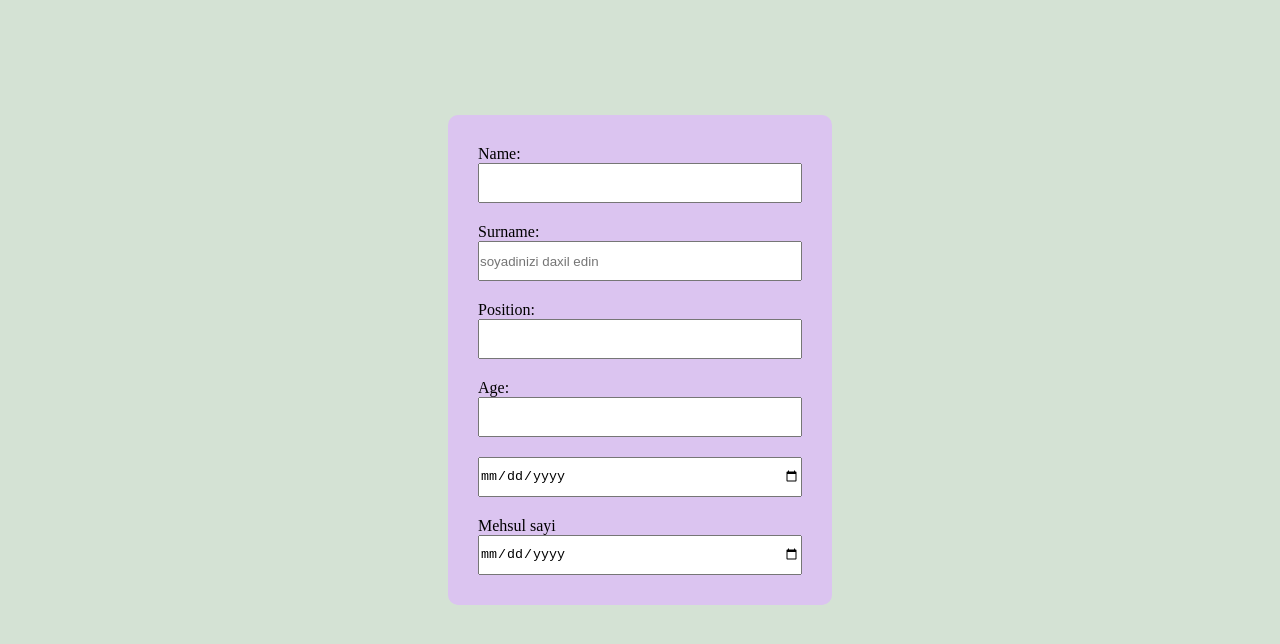
Repository: AytacSafarova/Form-lesson
Page: index.html
An editor plug-in stored every save of this project. The page is shown before and after the next save, followed by the edit.
The browser window is 1280 px wide. The pictures show the whole page.

Above is the page before, as saved 2023-08-29 14:39:08.

### index.html
<!DOCTYPE html>
<html lang="en">
<head>
    <meta charset="UTF-8">
    <meta name="viewport" content="width=device-width, initial-scale=1.0">
    <title>Document</title>
    <link rel="stylesheet" href="./index.css">
</head>
<body>
    <div>
        <form action="https://randomuser.me/api/">
            <label for="">
                Name:
                <input type="text">
            </label>
            <label for="">
                Surname:
                <input placeholder="soyadinizi daxil edin" type="text">
            </label>
            <label for="">
                Position:
                <input type="text">
            </label>
            <label for="">
                Age:
                <input type="number">
            </label>
            <label for="">
                <input type="date">
            </label>
            <label for="">
                Mehsul sayi
                <input placeholder="mehsul sayini daxil edin" type="date">
            </label>
        </form>
    </div>
</body>
</html>

### index.css
*{
    margin: 0;
    padding: 0;
    box-sizing: border-box;
}
div{
    background-color: #D4E2D4;
   min-height: 100vh;
   width: 100%;
   display: flex;
   justify-content: center;
   align-items: center;
}
form{
    width: 30%;
    padding: 30px;
    background-color: #DBC4F0;
    border-radius: 10px;
    display: flex;
    flex-direction: column;
    gap: 20px;
}
input{
width: 100%;
height: 40px;
}

After the next save:
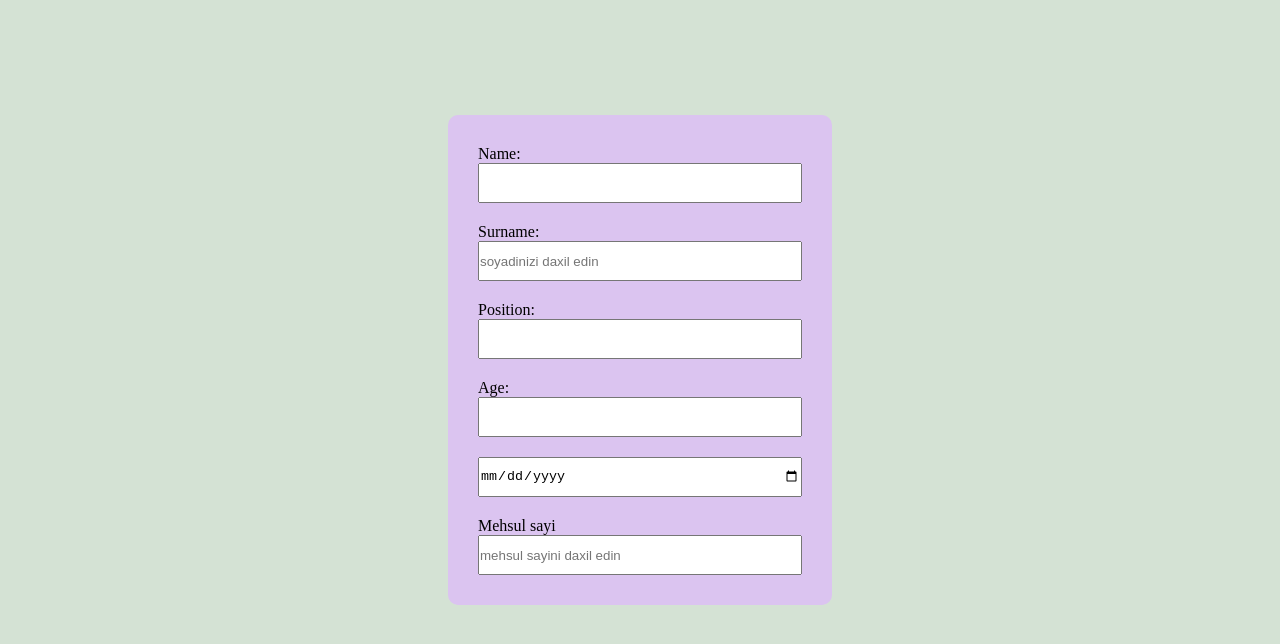
Saved 19 s later.
--- a/index.html
+++ b/index.html
@@ -30,7 +30,7 @@
             </label>
             <label for="">
                 Mehsul sayi
-                <input placeholder="mehsul sayini daxil edin" type="date">
+                <input placeholder="mehsul sayini daxil edin" type="number">
             </label>
         </form>
     </div>
